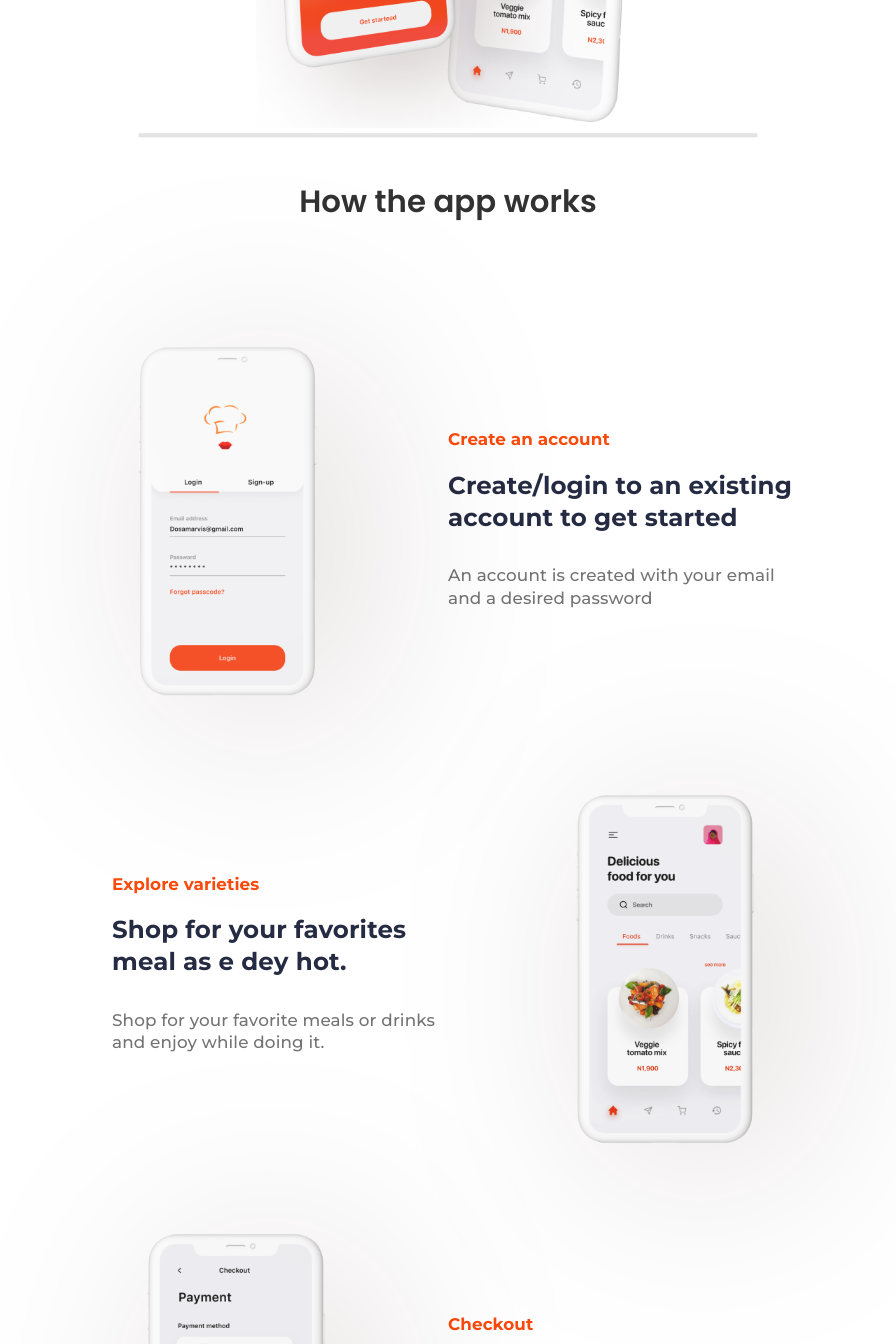
Repository: hoangnguyendev19/food_app
Page: index.html
An editor plug-in stored every save of this project. The page is shown before and after the next save, followed by the edit.
The browser window is 1280 px wide. The pictures show the part of the page from y = 1056 to 2976 px (the page is 4165 px tall before and 4135 px after), at 70% of full size.
Some web libraries are served in a nearby version. The style sheet was rebuilt from its Sass, Less or Tailwind sources for each picture, by a compiler version that may differ from the author's.

Above is the page before, as saved 2021-11-08 22:15:21.

### index.html
<!DOCTYPE html>
<html lang="en">
<head>
    <meta charset="UTF-8">
    <meta http-equiv="X-UA-Compatible" content="IE=edge">
    <meta name="viewport" content="width=device-width, initial-scale=1.0">
    <title>Food</title>
    <link href="https://fonts.googleapis.com/css2?family=Montserrat:wght@500;600;700&family=Poppins:wght@600;700&family=Roboto:wght@700&display=swap" rel="stylesheet">
    <link rel="stylesheet" href="./app/styles.css">
    <link rel="stylesheet" href="./app/reset.css">
    <link rel="stylesheet" href="https://pro.fontawesome.com/releases/v5.10.0/css/all.css"/>
</head>
<body>
    <div class="wrapper">
        <header class="header">
            <div class="container">
                <div class="header__top">
                    <a href="" class="header__image">
                        <img src="./app/images/img-logo.png" alt="">
                    </a>
                    <ul class="header__menu">
                        <li class="header__item">
                            <a href="" class="header__link">Home</a>
                        </li>
                        <li class="header__item">
                            <a href="" class="header__link">Product</a>
                        </li>
                        <li class="header__item">
                            <a href="" class="header__link">Faq</a>
                        </li>
                        <li class="header__item">
                            <a href="" class="header__link">Contact</a>
                        </li>
                    </ul>
                </div>
            </div>
        </header>
        <main>
            <section class="banner">
                <div class="banner__top">
                    <div class="banner__content">
                        <span class="banner__title">Food app</span>
                        <h1 class="banner__heading">Why stay hungry when you can order form Bella Onojie</h1>
                        <h4 class="banner__desc">Download the bella onoje’s food app now on</h4>
                        <button class="banner__btn">Playstore</button>
                        <button class="banner__btn">App store</button>
                    </div>
                </div>
                <div class="banner__bottom">
                    <div class="banner__image">
                        <img src="./app/images/img-banner-phone.png" alt="">
                    </div>
                </div>
            </section>
            <section class="work">
                <div class="container">
                    <h2 class="work__caption">How the app works</h2>
                    <div class="work__item">
                        <div class="work__image">
                            <img src="./app/images/img-create.png" alt="">
                        </div>
                        <div class="work__content">
                            <span class="work__title">Create an account</span>
                            <h2 class="work__heading">Create/login to an existing account to get started</h2>
                            <p class="work__desc">An account is created with your email and a desired password</p>
                        </div>
                    </div>
                    <div class="work__item work__item--reverse">
                        <div class="work__image">
                            <img src="./app/images/img-explore.png" alt="">
                        </div>
                        <div class="work__content">
                            <div class="work__content--reverse">
                                <span class="work__title">Explore varieties</span>
                                <h2 class="work__heading">Shop for your favorites meal as e dey hot.</h2>
                                <p class="work__desc">Shop for your favorite meals or drinks and enjoy while doing it.</p>
                                </div>
                        </div>
                    </div>
                    <div class="work__item">
                        <div class="work__image">
                            <img src="./app/images/img-checkout.png" alt="">
                        </div>
                        <div class="work__content">
                            <span class="work__title">Checkout</span>
                            <h2 class="work__heading">When you done check out and get it delivered.</h2>
                            <p class="work__desc">When you done check out and get it delivered with ease.</p>
                        </div>
                    </div>
                </div>
            </section>
            <section class="download">
                <div class="container">
                    <div class="download__content">
                        <h2 class="download__heading">Download the app now.</h2>
                        <p class="download__desc">Available on your favorite store. Start your premium experience now</p>
                        <button class="download__btn">Playstore</button>
                        <button class="download__btn">App store</button>
                    </div>
                </div>
            </section>
            <section class="footer">
                <div class="container">
                    <div class="footer__main">
                        <div class="footer__image">
                            <img src="./app/images/img-logo.png" alt="">
                        </div>
                        <div class="footer__social">
                            <i class="footer__icons fab fa-twitter"></i>
                            <i class="footer__icons fab fa-facebook-square"></i>
                            <i class="footer__icons fab fa-instagram"></i>
                        </div>
                        <div class="footer__copyright">
                            <p>Copywright 2020 Bella Onojie.com</p>
                        </div>
                    </div>
                </div>
            </section>
        </main>
    </div>
</body>
</html>

### app/styles/styles.scss
@import "helpers/variables";
@import "helpers/global";
@import "helpers/mixin";

@import "layout/header";
@import "layout/banner";
@import "layout/work";
@import "layout/download";
@import "layout/footer";

### app/styles/helpers/_variables.scss
$primary-color: #FA4A0C;
$secondary-color: #252B42;
$third-color: #737373;
$primary-font: 'Montserrat', sans-serif;
$secondary-font: 'Poppins', sans-serif;
$third-font: 'Roboto', sans-serif;
$wrapper: 1440px;
$container: 1280px;

### app/styles/helpers/_global.scss
html {
    font-size: 62.5%;
    box-sizing: border-box;
}
a {
    text-decoration: none;
}
img {
    max-width: 100%;
    display: block;
}
ul,li {
    list-style: none;
}
body {
    font-family: $primary-font;
    line-height: 1;
    font-size: 1.4rem;
}
input, button,textarea {
    font-family: $secondary-font;
    line-height: 1;
    outline: none;
}
.wrapper {
    max-width: $wrapper;
    margin: 0 auto;
}
.container {
    max-width: $container + 30px;
    margin: 0 auto;
    padding: 0 15px;
}

### app/styles/helpers/_mixin.scss
@mixin size($width, $height: $width){
	width: $width;
	height: $height;
}

@mixin flexBox($align-items: stretch, $justify-content: flex-start, $flex-direction: row, $wrap: nowrap, $flex: flex) {
	display: $flex;
	justify-content: $justify-content;
	align-items: $align-items;
	flex-direction: $flex-direction;
	flex-wrap: $wrap;
}

@mixin maxWidth($max-width) {
	@media screen and (max-width: $max-width){
		@content;
	}
}
@mixin maxWidth($min-width) {
	@media screen and (min-width: $min-width){
		@content;
	}
}

// textClamp
@mixin textClamp($row: 1, $size: 100%) {
    display: -webkit-box;
    -webkit-line-clamp: $row;
    -webkit-box-orient: vertical;
    overflow: hidden;
    text-overflow: ellipsis;
    width: $size;
    max-width: $size;
    white-space: pre-wrap;
    word-break: break-word;
}

### app/styles/layout/_header.scss
.header {
    @include size(100%, 15.7rem);
    &__image {
        display: inline-block;
    }
    &__top {
        @include flexBox(center, space-between);
    }
    &__menu {
        @include flexBox(center);
    }
    &__item:not(:first-child) {
        margin-left: 10.4rem;
    }
    &__link {
        font-size: 1.6rem;
        color: $secondary-color;
        font-weight: 600;
        transition: all 0.2s linear;
        &:hover {
            color: $primary-color;
        }
    }
    @include maxWidth(1023px) {
        height: 12rem;
    }
}

### app/styles/layout/_banner.scss
.banner {
    &__top {
        @include size(100%, 62rem);
        background: linear-gradient(0deg, rgba(23, 16, 16, 0.6), rgba(23, 16, 16, 0.6)), url("./images/img-banner.jpg");
        @include flexBox(center, center);
    }
    &__content {
        @include size(94rem, 40rem);
        padding-top: 7.2rem;
        padding-bottom: 14.6rem;
        text-align: center;
        color: white;
    }
    &__title {
        font-weight: 700;
        font-size: 2.4rem;
        letter-spacing: 0.1px;
        color: #F6F6F6;
        display: inline-block;
        margin-bottom: 2.4rem;
    }
    &__heading {
        font-family: $secondary-font;
        font-weight: bold;
        font-size: 5.8rem;
        line-height: 1.4;
        text-align: center;
        letter-spacing: 0.2px;
        margin-bottom: 4rem;
        max-width: 94rem;
    }
    &__desc {
        font-weight: 500;
        font-size: 2.4rem;
        letter-spacing: 0.2px;
        margin-bottom: 6rem;
    }
    &__btn {
        @include size(23.6rem, 6.8rem);
        background-color: transparent;
        border-radius: 3rem;
        border: 1px solid white;
        color: white;
        font-weight: bold;
        font-size: 2.4rem;
        letter-spacing: 0.1px;
        transition: all 0.25s linear;
        cursor: pointer;
        &:hover {
            background-color: $primary-color;
            border-color: $primary-color;
        }
    }
    &__btn:last-child {
        margin-left: 3.4rem;
    }
    &__bottom {
        margin-top: -10%;
        position: relative;
        &::after {
            content: "";
            position: absolute;
            @include size(88.4rem, 0);
            left: 50%;
            bottom: 0;
            transform: translateX(-50%);
            border: 3px solid #E4E4E4;
            z-index: 9;
        }
    }
    &__image {
        @include size(54.8rem, 640px);
        margin: 0 auto;
        padding-bottom: 17rem;
    }
    @include maxWidth(1023px) {
        &__content {
            padding: 0;
        }
        &__heading {
            font-size: 5rem;
        }
    }
}

### app/styles/layout/_work.scss
.work {
    text-align: center;
    &__caption {
        font-family: $secondary-font;
        font-weight: 600;
        font-size: 4.4rem;
        letter-spacing: 0.1px;
        color: #000;
        opacity: 0.8;
        margin-top: 7rem;
        margin-bottom: 6rem;
        display: inline-block;
    }
    &__item {
        @include flexBox(center);
        margin: 11rem 0;
    }
    &__item--reverse {
        flex-direction: row-reverse;
    }
    &__image {
        width: 50%;
        @include flexBox(stretch, center);
        filter: drop-shadow(50px 30px 150px rgba(46, 4, 4, 0.15));
    }
    &__content {
        width: 50%;
        text-align: start;
    }
    &__content--reverse {
        width: 48rem;
        margin-left: auto;
    }
    &__title {
        font-weight: bold;
        font-size: 2.4rem;
        letter-spacing: 0.1px;
        color: $primary-color;
        display: inline-block;
        margin-bottom: 3rem;
    }
    &__heading {
        font-weight: bold;
        font-size: 4rem;
        letter-spacing: 0.2px;
        color: $secondary-color;
        line-height: 1.3;
        margin-bottom: 4.5rem;
    }
    &__desc {
        font-weight: 500;
        font-size: 2.4rem;
        line-height: 1.3;
        letter-spacing: 0.2px;
        color: $third-color;
        width: 47rem;
    }
    @include maxWidth(1023px) {
        &__heading {
            font-size: 3.5rem;
        }
    }
}

### app/styles/layout/_download.scss
.download {
    background: linear-gradient(0deg, rgba(37, 43, 66, 0.4), rgba(37, 43, 66, 0.4)), url("./images/img-download.jpg");
    @include size(100%, 51.6rem);
    @include flexBox(center, center);
    text-align: center;
    &__heading {
        font-size: 4rem;
        font-weight: bold;
        letter-spacing: 0.2px;
        color: #fff;
        margin-bottom: 3rem;
    }
    &__desc {
        font-weight: 500;
        font-size: 2.4rem;
        letter-spacing: 0.2rem;
        margin-bottom: 4rem;
        color: white;
    }
    &__btn {
        font-size: 1.6rem;
        font-weight: 700;
        letter-spacing: 0.2px;
        border: 1px solid white;
        color: white;
        padding: 1.8rem 3rem;
        background-color: transparent;
        border-radius: 1rem;
        transition: all 0.25s linear;
        cursor: pointer;
        &:hover {
            background-color: $primary-color;
            border-color: $primary-color;
        }
    }
    &__btn:last-child {
        margin-left: 1rem;
    }
}

### app/styles/layout/_footer.scss
.footer {
    padding: 6rem 0;
    &__main {
        @include flexBox(center, space-between);
    }
    &__image {
        width: calc(33.33% - 16rem);
    }
    &__social {
        width: calc(33.33% - 16rem);
        @include flexBox(center);
    }
    &__icons {
        color: $primary-color;
        font-size: 3.5rem;
    }
    &__icons:not(:last-child) {
        margin-right: 2.8rem;
    }
    &__copyright {
        width: calc(33.33% - 16rem);
        font-family: $third-font;
        font-size: 1.2rem;
        font-weight: bold;
        letter-spacing: 0.1px;
        color: #5C5C5C;
    }
}

### app/styles/reset.scss
html {
box-sizing: border-box;
}

*{
margin: 0;
padding: 0;
}

*,*:before,*:after {
box-sizing: border-box;
}

input,
textarea,
select,
button{
outline: none;
}

input{
line-height: normal;
}

label,
button{
cursor: pointer;
}

a {
text-decoration: none;
}

img {
display: block;
max-width: 100%;
}

After the next save:
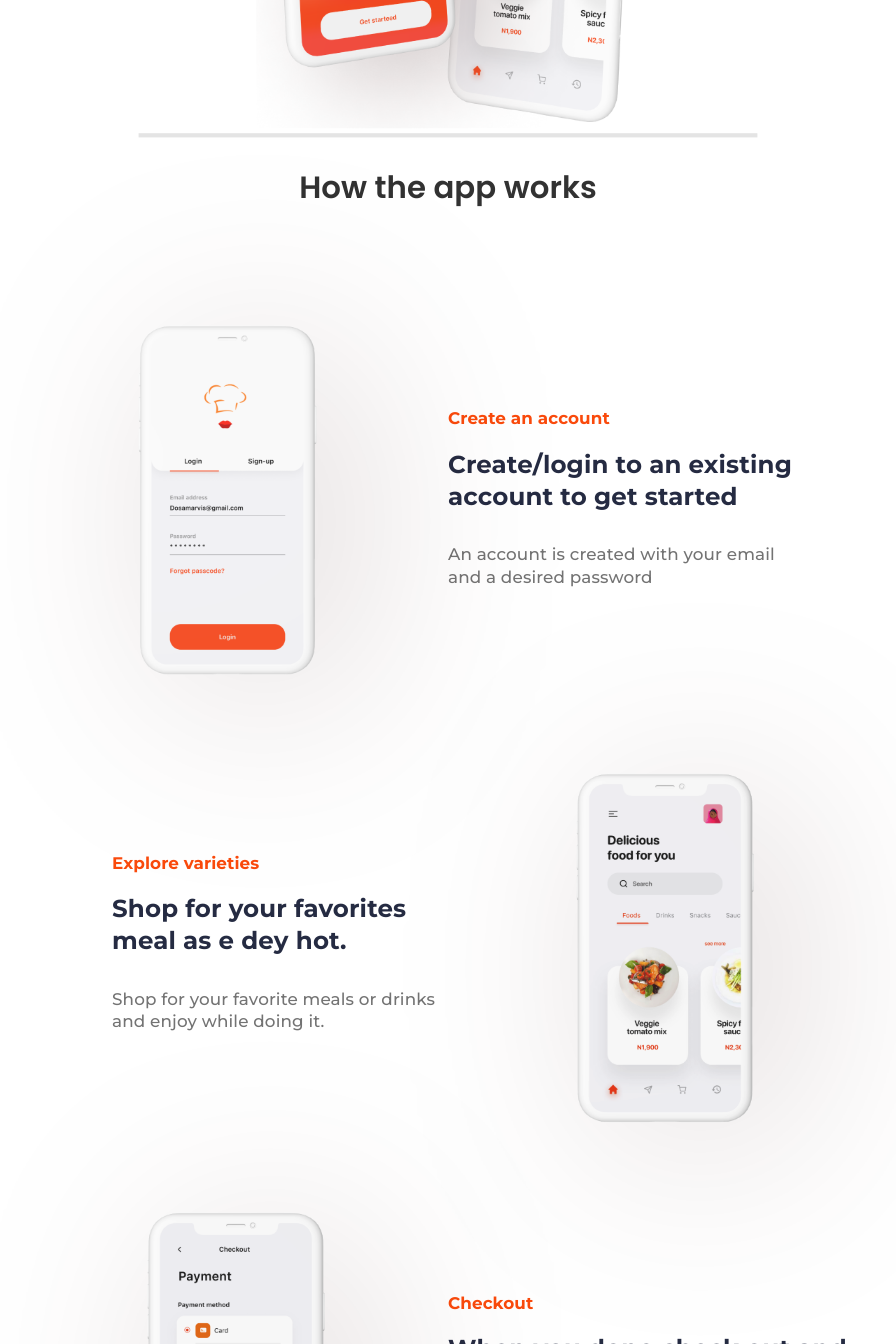
Saved 43 s later.
--- a/app/styles/layout/_work.scss
+++ b/app/styles/layout/_work.scss
@@ -56,6 +56,9 @@
         width: 47rem;
     }
     @include maxWidth(1023px) {
+        &__caption {
+            margin: 5rem 0;
+        }
         &__heading {
             font-size: 3.5rem;
         }
